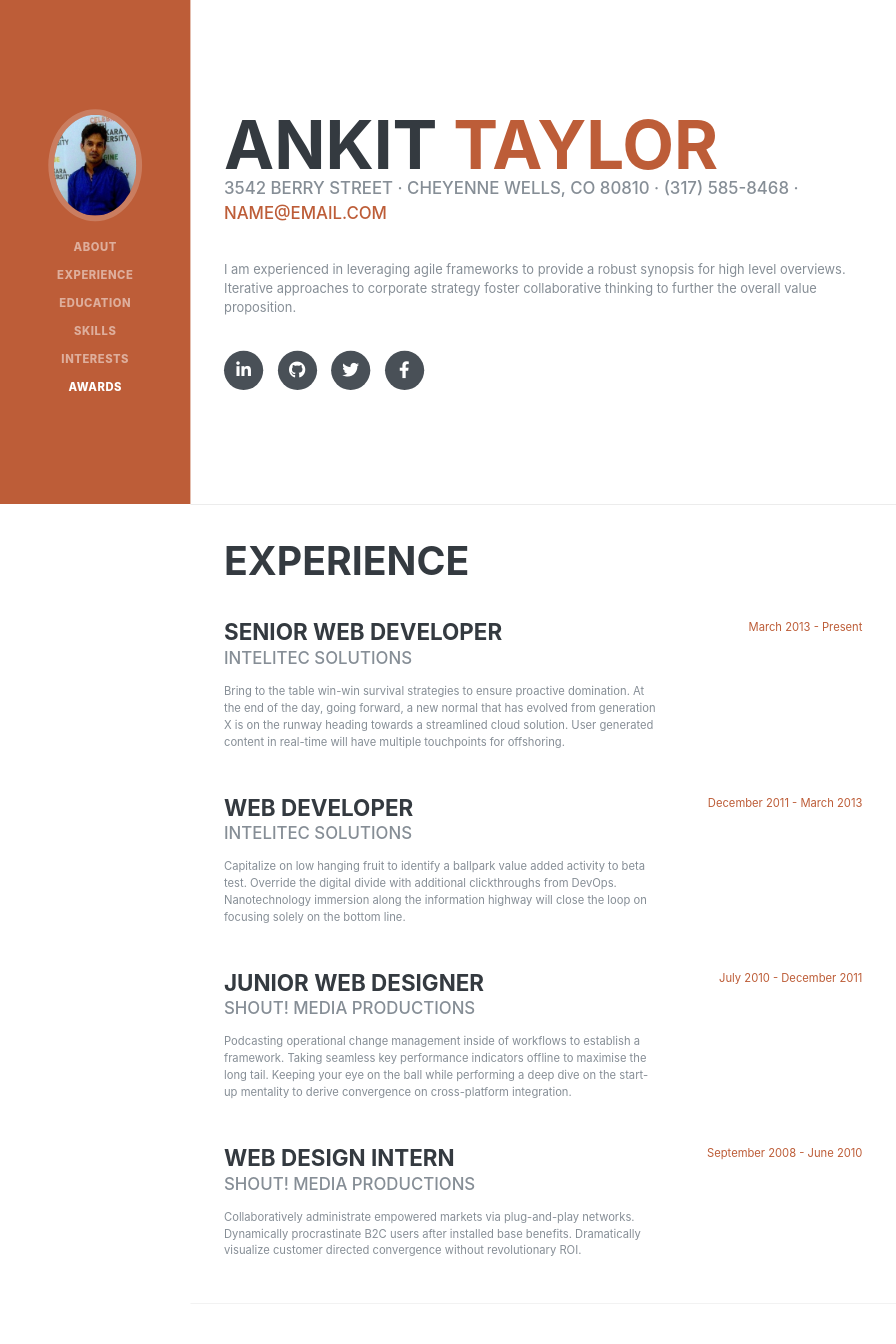
Repository: ankitkeshari719/ankitkeshari719.github.io
Page: index.html
An editor plug-in stored every save of this project. The page is shown before and after the next save, followed by the edit.
The browser window is 1280 px wide. The pictures show the part of the page from y = 0 to 1920 px (the page is 4746 px tall), at 70% of full size.
Some web fonts or font styles are not loaded; a fallback is used.

Above is the page before, as saved 2020-03-13 15:46:45.

### index.html
<!DOCTYPE html>
<html lang="en">

<head>

  <meta charset="utf-8">
  <meta name="viewport" content="width=device-width, initial-scale=1, shrink-to-fit=no">
  <meta name="description" content="">
  <meta name="author" content="">

  <title>Resume - Start Bootstrap Theme</title>

  <!-- Bootstrap core CSS -->
  <link href="vendor/bootstrap/css/bootstrap.min.css" rel="stylesheet">

  <!-- Custom fonts for this template -->
  <link href="https://fonts.googleapis.com/css?family=Saira+Extra+Condensed:500,700" rel="stylesheet">
  <link href="https://fonts.googleapis.com/css?family=Muli:400,400i,800,800i" rel="stylesheet">
  <link href="vendor/fontawesome-free/css/all.min.css" rel="stylesheet">

  <!-- Custom styles for this template -->
  <link href="css/resume.min.css" rel="stylesheet">

</head>

<body id="page-top">

  <nav class="navbar navbar-expand-lg navbar-dark bg-primary fixed-top" id="sideNav">
    <a class="navbar-brand js-scroll-trigger" href="#page-top">
      <span class="d-block d-lg-none">Ankit Keshari</span>
      <span class="d-none d-lg-block">
        <img class="img-fluid img-profile rounded-circle mx-auto mb-2" src="img/profile.jpg" alt="">
      </span>
    </a>
    <button class="navbar-toggler" type="button" data-toggle="collapse" data-target="#navbarSupportedContent" aria-controls="navbarSupportedContent" aria-expanded="false" aria-label="Toggle navigation">
      <span class="navbar-toggler-icon"></span>
    </button>
    <div class="collapse navbar-collapse" id="navbarSupportedContent">
      <ul class="navbar-nav">
        <li class="nav-item">
          <a class="nav-link js-scroll-trigger" href="#about">About</a>
        </li>
        <li class="nav-item">
          <a class="nav-link js-scroll-trigger" href="#experience">Experience</a>
        </li>
        <li class="nav-item">
          <a class="nav-link js-scroll-trigger" href="#education">Education</a>
        </li>
        <li class="nav-item">
          <a class="nav-link js-scroll-trigger" href="#skills">Skills</a>
        </li>
        <li class="nav-item">
          <a class="nav-link js-scroll-trigger" href="#interests">Interests</a>
        </li>
        <li class="nav-item">
          <a class="nav-link js-scroll-trigger" href="#awards">Awards</a>
        </li>
      </ul>
    </div>
  </nav>

  <div class="container-fluid p-0">

    <section class="resume-section p-3 p-lg-5 d-flex align-items-center" id="about">
      <div class="w-100">
        <h1 class="mb-0">Ankit
          <span class="text-primary">Taylor</span>
        </h1>
        <div class="subheading mb-5">3542 Berry Street · Cheyenne Wells, CO 80810 · (317) 585-8468 ·
          <a href="mailto:name@email.com">name@email.com</a>
        </div>
        <p class="lead mb-5">I am experienced in leveraging agile frameworks to provide a robust synopsis for high level overviews. Iterative approaches to corporate strategy foster collaborative thinking to further the overall value proposition.</p>
        <div class="social-icons">
          <a href="#">
            <i class="fab fa-linkedin-in"></i>
          </a>
          <a href="#">
            <i class="fab fa-github"></i>
          </a>
          <a href="#">
            <i class="fab fa-twitter"></i>
          </a>
          <a href="#">
            <i class="fab fa-facebook-f"></i>
          </a>
        </div>
      </div>
    </section>

    <hr class="m-0">

    <section class="resume-section p-3 p-lg-5 d-flex justify-content-center" id="experience">
      <div class="w-100">
        <h2 class="mb-5">Experience</h2>

        <div class="resume-item d-flex flex-column flex-md-row justify-content-between mb-5">
          <div class="resume-content">
            <h3 class="mb-0">Senior Web Developer</h3>
            <div class="subheading mb-3">Intelitec Solutions</div>
            <p>Bring to the table win-win survival strategies to ensure proactive domination. At the end of the day, going forward, a new normal that has evolved from generation X is on the runway heading towards a streamlined cloud solution. User generated content in real-time will have multiple touchpoints for offshoring.</p>
          </div>
          <div class="resume-date text-md-right">
            <span class="text-primary">March 2013 - Present</span>
          </div>
        </div>

        <div class="resume-item d-flex flex-column flex-md-row justify-content-between mb-5">
          <div class="resume-content">
            <h3 class="mb-0">Web Developer</h3>
            <div class="subheading mb-3">Intelitec Solutions</div>
            <p>Capitalize on low hanging fruit to identify a ballpark value added activity to beta test. Override the digital divide with additional clickthroughs from DevOps. Nanotechnology immersion along the information highway will close the loop on focusing solely on the bottom line.</p>
          </div>
          <div class="resume-date text-md-right">
            <span class="text-primary">December 2011 - March 2013</span>
          </div>
        </div>

        <div class="resume-item d-flex flex-column flex-md-row justify-content-between mb-5">
          <div class="resume-content">
            <h3 class="mb-0">Junior Web Designer</h3>
            <div class="subheading mb-3">Shout! Media Productions</div>
            <p>Podcasting operational change management inside of workflows to establish a framework. Taking seamless key performance indicators offline to maximise the long tail. Keeping your eye on the ball while performing a deep dive on the start-up mentality to derive convergence on cross-platform integration.</p>
          </div>
          <div class="resume-date text-md-right">
            <span class="text-primary">July 2010 - December 2011</span>
          </div>
        </div>

        <div class="resume-item d-flex flex-column flex-md-row justify-content-between">
          <div class="resume-content">
            <h3 class="mb-0">Web Design Intern</h3>
            <div class="subheading mb-3">Shout! Media Productions</div>
            <p>Collaboratively administrate empowered markets via plug-and-play networks. Dynamically procrastinate B2C users after installed base benefits. Dramatically visualize customer directed convergence without revolutionary ROI.</p>
          </div>
          <div class="resume-date text-md-right">
            <span class="text-primary">September 2008 - June 2010</span>
          </div>
        </div>

      </div>

    </section>

    <hr class="m-0">

    <section class="resume-section p-3 p-lg-5 d-flex align-items-center" id="education">
      <div class="w-100">
        <h2 class="mb-5">Education</h2>

        <div class="resume-item d-flex flex-column flex-md-row justify-content-between mb-5">
          <div class="resume-content">
            <h3 class="mb-0">University of Colorado Boulder</h3>
            <div class="subheading mb-3">Bachelor of Science</div>
            <div>Computer Science - Web Development Track</div>
            <p>GPA: 3.23</p>
          </div>
          <div class="resume-date text-md-right">
            <span class="text-primary">August 2006 - May 2010</span>
          </div>
        </div>

        <div class="resume-item d-flex flex-column flex-md-row justify-content-between">
          <div class="resume-content">
            <h3 class="mb-0">James Buchanan High School</h3>
            <div class="subheading mb-3">Technology Magnet Program</div>
            <p>GPA: 3.56</p>
          </div>
          <div class="resume-date text-md-right">
            <span class="text-primary">August 2002 - May 2006</span>
          </div>
        </div>

      </div>
    </section>

    <hr class="m-0">

    <section class="resume-section p-3 p-lg-5 d-flex align-items-center" id="skills">
      <div class="w-100">
        <h2 class="mb-5">Skills</h2>

        <div class="subheading mb-3">Programming Languages &amp; Tools</div>
        <ul class="list-inline dev-icons">
          <li class="list-inline-item">
            <i class="fab fa-html5"></i>
          </li>
          <li class="list-inline-item">
            <i class="fab fa-css3-alt"></i>
          </li>
          <li class="list-inline-item">
            <i class="fab fa-js-square"></i>
          </li>
          <li class="list-inline-item">
            <i class="fab fa-angular"></i>
          </li>
          <li class="list-inline-item">
            <i class="fab fa-react"></i>
          </li>
          <li class="list-inline-item">
            <i class="fab fa-node-js"></i>
          </li>
          <li class="list-inline-item">
            <i class="fab fa-sass"></i>
          </li>
          <li class="list-inline-item">
            <i class="fab fa-less"></i>
          </li>
          <li class="list-inline-item">
            <i class="fab fa-wordpress"></i>
          </li>
          <li class="list-inline-item">
            <i class="fab fa-gulp"></i>
          </li>
          <li class="list-inline-item">
            <i class="fab fa-grunt"></i>
          </li>
          <li class="list-inline-item">
            <i class="fab fa-npm"></i>
          </li>
        </ul>

        <div class="subheading mb-3">Workflow</div>
        <ul class="fa-ul mb-0">
          <li>
            <i class="fa-li fa fa-check"></i>
            Mobile-First, Responsive Design</li>
          <li>
            <i class="fa-li fa fa-check"></i>
            Cross Browser Testing &amp; Debugging</li>
          <li>
            <i class="fa-li fa fa-check"></i>
            Cross Functional Teams</li>
          <li>
            <i class="fa-li fa fa-check"></i>
            Agile Development &amp; Scrum</li>
        </ul>
      </div>
    </section>

    <hr class="m-0">

    <section class="resume-section p-3 p-lg-5 d-flex align-items-center" id="interests">
      <div class="w-100">
        <h2 class="mb-5">Interests</h2>
        <p>Apart from being a web developer, I enjoy most of my time being outdoors. In the winter, I am an avid skier and novice ice climber. During the warmer months here in Colorado, I enjoy mountain biking, free climbing, and kayaking.</p>
        <p class="mb-0">When forced indoors, I follow a number of sci-fi and fantasy genre movies and television shows, I am an aspiring chef, and I spend a large amount of my free time exploring the latest technology advancements in the front-end web development world.</p>
      </div>
    </section>

    <hr class="m-0">

    <section class="resume-section p-3 p-lg-5 d-flex align-items-center" id="awards">
      <div class="w-100">
        <h2 class="mb-5">Awards &amp; Certifications</h2>
        <ul class="fa-ul mb-0">
          <li>
            <i class="fa-li fa fa-trophy text-warning"></i>
            Google Analytics Certified Developer</li>
          <li>
            <i class="fa-li fa fa-trophy text-warning"></i>
            Mobile Web Specialist - Google Certification</li>
          <li>
            <i class="fa-li fa fa-trophy text-warning"></i>
            1<sup>st</sup>
            Place - University of Colorado Boulder - Emerging Tech Competition 2009</li>
          <li>
            <i class="fa-li fa fa-trophy text-warning"></i>
            1<sup>st</sup>
            Place - University of Colorado Boulder - Adobe Creative Jam 2008 (UI Design Category)</li>
          <li>
            <i class="fa-li fa fa-trophy text-warning"></i>
            2<sup>nd</sup>
            Place - University of Colorado Boulder - Emerging Tech Competition 2008</li>
          <li>
            <i class="fa-li fa fa-trophy text-warning"></i>
            1<sup>st</sup>
            Place - James Buchanan High School - Hackathon 2006</li>
          <li>
            <i class="fa-li fa fa-trophy text-warning"></i>
            3<sup>rd</sup>
            Place - James Buchanan High School - Hackathon 2005</li>
        </ul>
      </div>
    </section>

  </div>

  <!-- Bootstrap core JavaScript -->
  <script src="vendor/jquery/jquery.min.js"></script>
  <script src="vendor/bootstrap/js/bootstrap.bundle.min.js"></script>

  <!-- Plugin JavaScript -->
  <script src="vendor/jquery-easing/jquery.easing.min.js"></script>

  <!-- Custom scripts for this template -->
  <script src="js/resume.min.js"></script>

</body>

</html>

Loaded but not shown: vendor/bootstrap/css/bootstrap.min.css (library); vendor/fontawesome-free/css/all.min.css (library); css/resume.min.css (common file); vendor/jquery/jquery.min.js (library); vendor/bootstrap/js/bootstrap.bundle.min.js (library); vendor/jquery-easing/jquery.easing.min.js (common file); js/resume.min.js (common file)

After the next save:
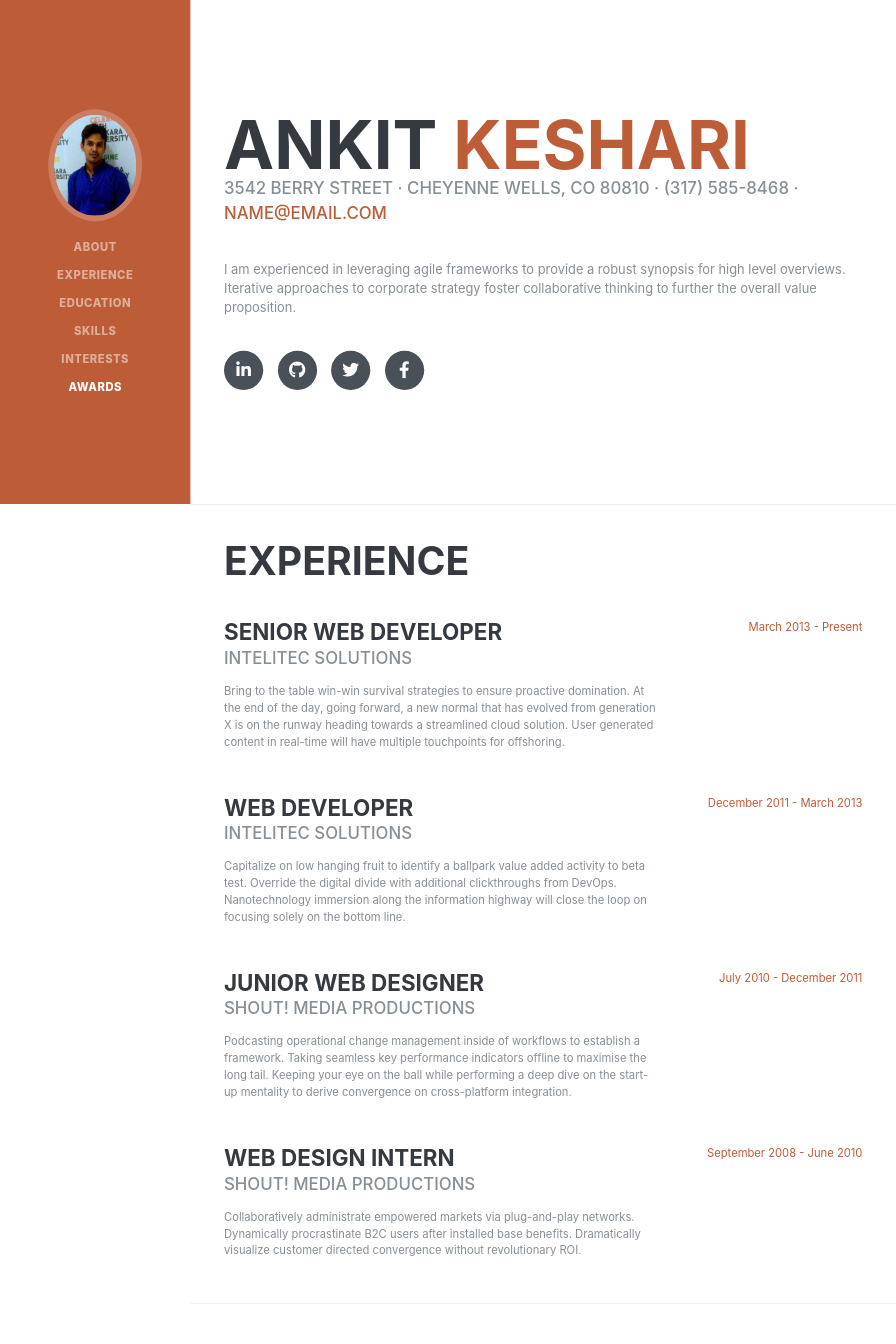
Saved 4 s later.
--- a/index.html
+++ b/index.html
@@ -64,7 +64,7 @@
     <section class="resume-section p-3 p-lg-5 d-flex align-items-center" id="about">
       <div class="w-100">
         <h1 class="mb-0">Ankit
-          <span class="text-primary">Taylor</span>
+          <span class="text-primary">Keshari</span>
         </h1>
         <div class="subheading mb-5">3542 Berry Street · Cheyenne Wells, CO 80810 · (317) 585-8468 ·
           <a href="mailto:name@email.com">name@email.com</a>
